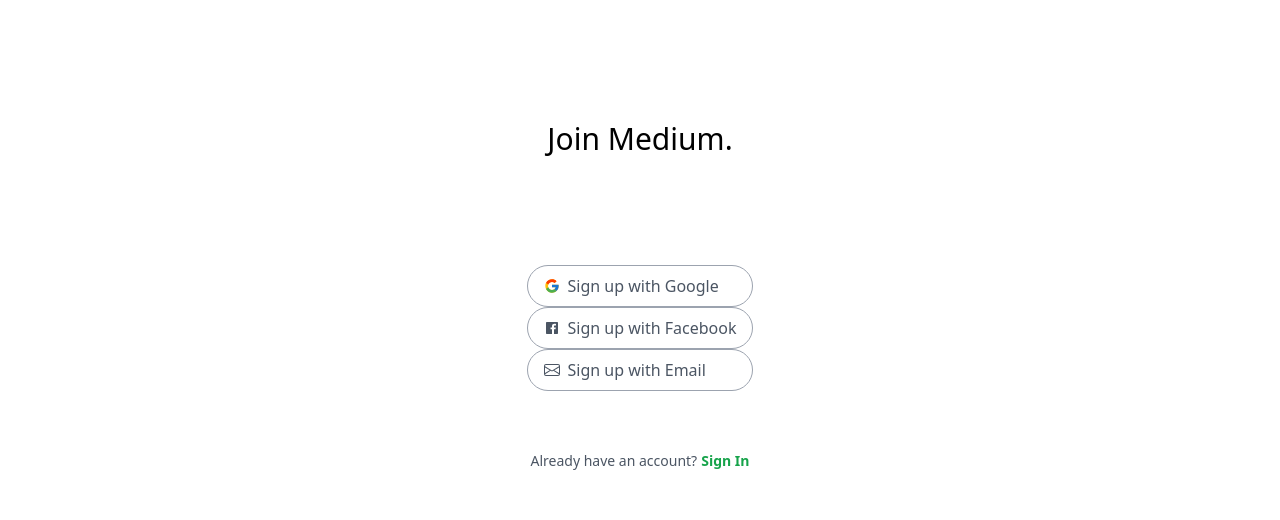
Repository: hisreal123/yt-build
Page: /m/CreateAccount
The author's editor kept a copy of each file at every save. The page is drawn from the files as they stood at one save, then again after a run of saves.
The browser window is 1280 px wide. The pictures show the whole page.
The project was rebuilt for these pictures with package versions that can differ from the ones it lists, and the page was loaded fresh each time. The framework's server and built-in components were replaced by stand-ins that run in the browser. Also part of the build but not shown: next.config.js.

Above is the page before, as saved 2022-11-12 14:19:35.

### pages/m/CreateAccount.tsx
import Link from "next/link";
import React from "react";
import { FcGoogle } from "react-icons/fc";
import { IoLogoFacebook } from "react-icons/io";
import { BsEnvelope } from "react-icons/bs";

interface CreateAccountProps {
  changeState: React.MouseEventHandler<HTMLButtonElement> | undefined;
}
function CreateAccount({ changeState }: CreateAccountProps) {
  return (
    <div className="h-screen w-screen flex flex-col justify-center items-center">
      <h2 className=" -translate-y-32 text-3xl font-medium  ">Join Medium.</h2>

      <div className="social -translate-y-5 space-y-3 relative">
        <Link href=" https://medium.com/m/connect/google?state=google-%7Chttps%3A%2F%2Fmedium.com%2Fnew-story%3Fsource%3Dregister-------------------------------------%7Cregister&source=register-------------------------------------">
          <a className="w-full  space-x-2 flex  items-center py-2 px-4 border border-gray-400   rounded-full text-gray-600 hover:text-gray-800 hover:border-gray-600">
            <FcGoogle />
            <p> Sign up with Google</p>
          </a>
        </Link>
        <Link href=" https://medium.com/m/connect/google?state=google-%7Chttps%3A%2F%2Fmedium.com%2Fnew-story%3Fsource%3Dregister-------------------------------------%7Cregister&source=register-------------------------------------">
          <a className=" w-full space-x-2 flex  items-center py-2 px-4 border border-gray-400   rounded-full text-gray-600 hover:text-gray-800 hover:border-gray-600">
            <IoLogoFacebook />
            <p> Sign up with Facebook</p>
          </a>
        </Link>
        <Link href=" https://medium.com/m/connect/google?state=google-%7Chttps%3A%2F%2Fmedium.com%2Fnew-story%3Fsource%3Dregister-------------------------------------%7Cregister&source=register-------------------------------------">
          <a className="w-full space-x-2 flex  items-center py-2 px-4 border border-gray-400  rounded-full text-gray-600 hover:text-gray-800 hover:border-gray-600">
            <BsEnvelope />
            <p> Sign up with Email</p>
          </a>
        </Link>
      </div>

      <div className="btn flex  text-sm mt-10 text-gray-600 font-medium  ">
        <p> Already have an account? </p>
        <button
          onClick={changeState}
          className="ml-1 text-md text-green-600 font-bold hover:text-green-800 "
        >
          Sign In
        </button>
      </div>

      <p></p>
    </div>
  );
}

export default CreateAccount;

Loaded but not shown: pages/_app.tsx (common file); styles/globals.css (common file); tailwind.config.js (common file)

After the next 5 saves:
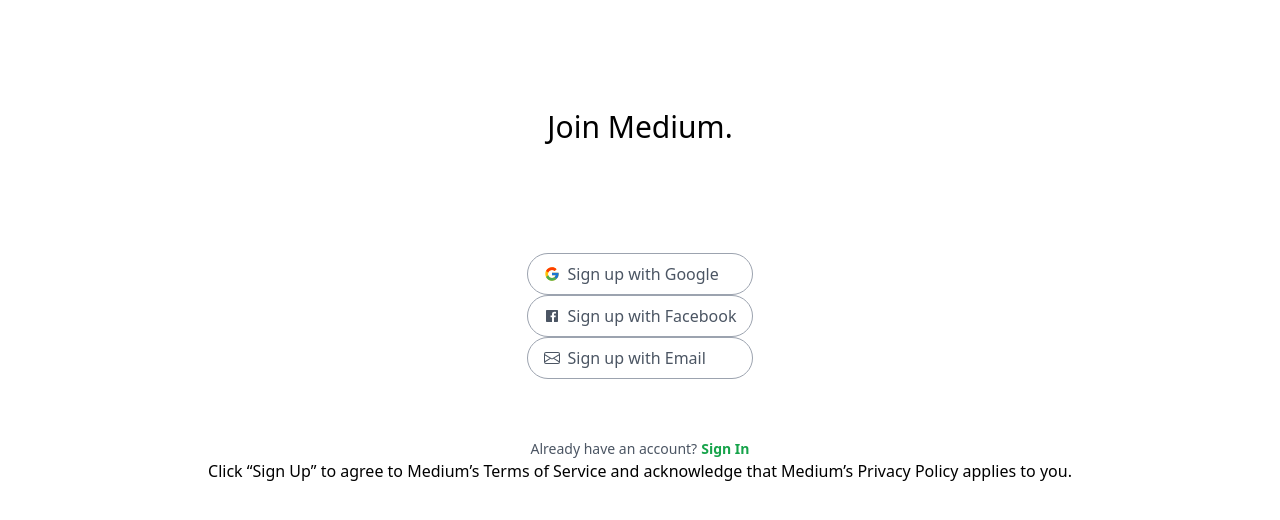
The 5 saves are shown as one change because they came seconds apart.
The last was saved 14 s later.
--- a/pages/m/CreateAccount.tsx
+++ b/pages/m/CreateAccount.tsx
@@ -43,7 +43,10 @@
         </button>
       </div>
 
-      <p></p>
+      <div className="notice">
+        Click “Sign Up” to agree to Medium’s Terms of Service and acknowledge
+        that Medium’s Privacy Policy applies to you.
+      </div>
     </div>
   );
 }
